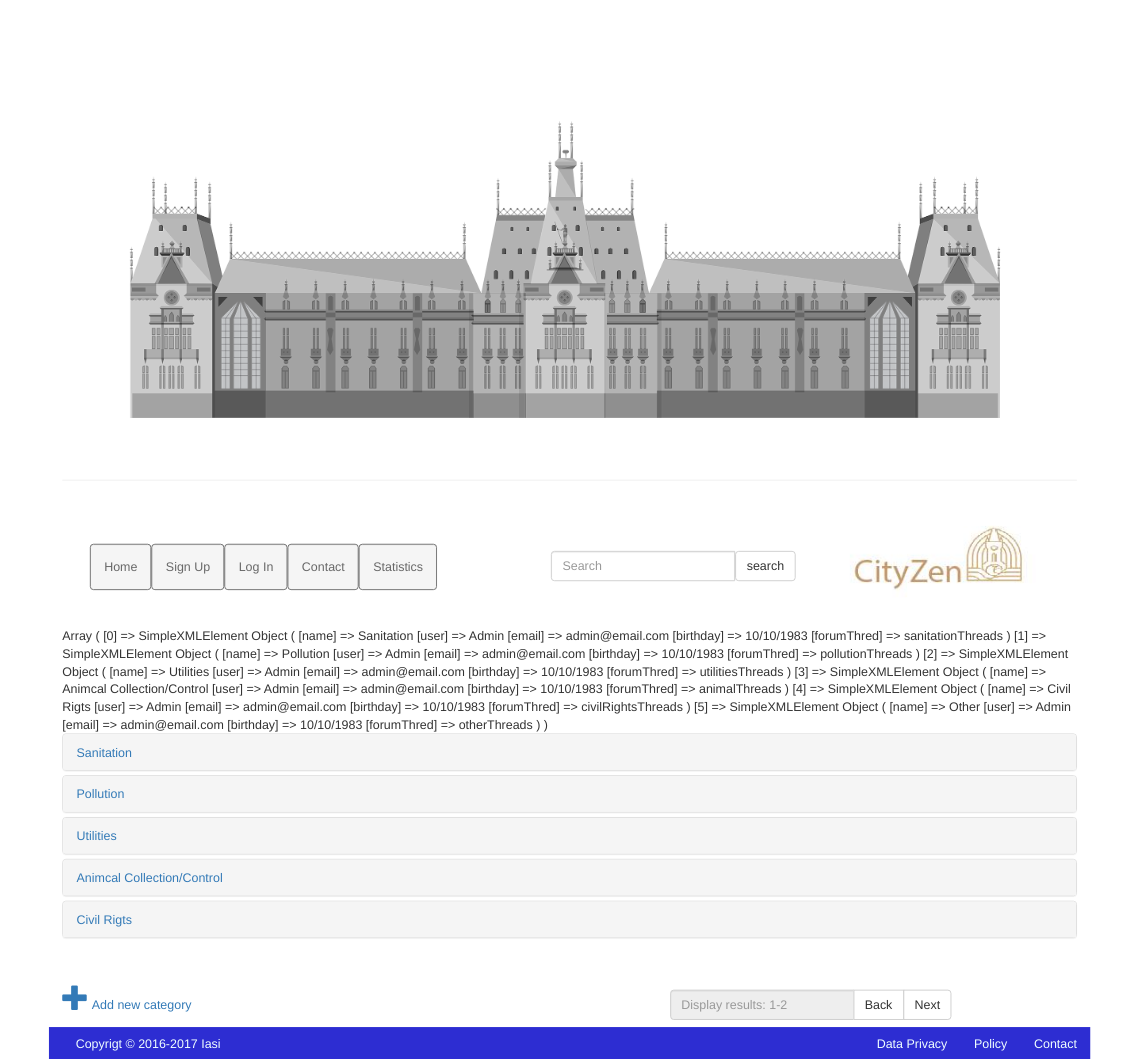
Repository: ciprianchistruga/project
Page: http://localhost/index.php?phpPage=home
The author's editor kept a record of every edit. The page is drawn from the files as they stood at one moment, then again after the next edit.
The browser window is 1280 px wide. The pictures show the whole page, at 89% of full size.
The page is run by PHP 8.4 with error messages shown; the project is at /var/www/html/.

Above is the page before.

After the next edit:
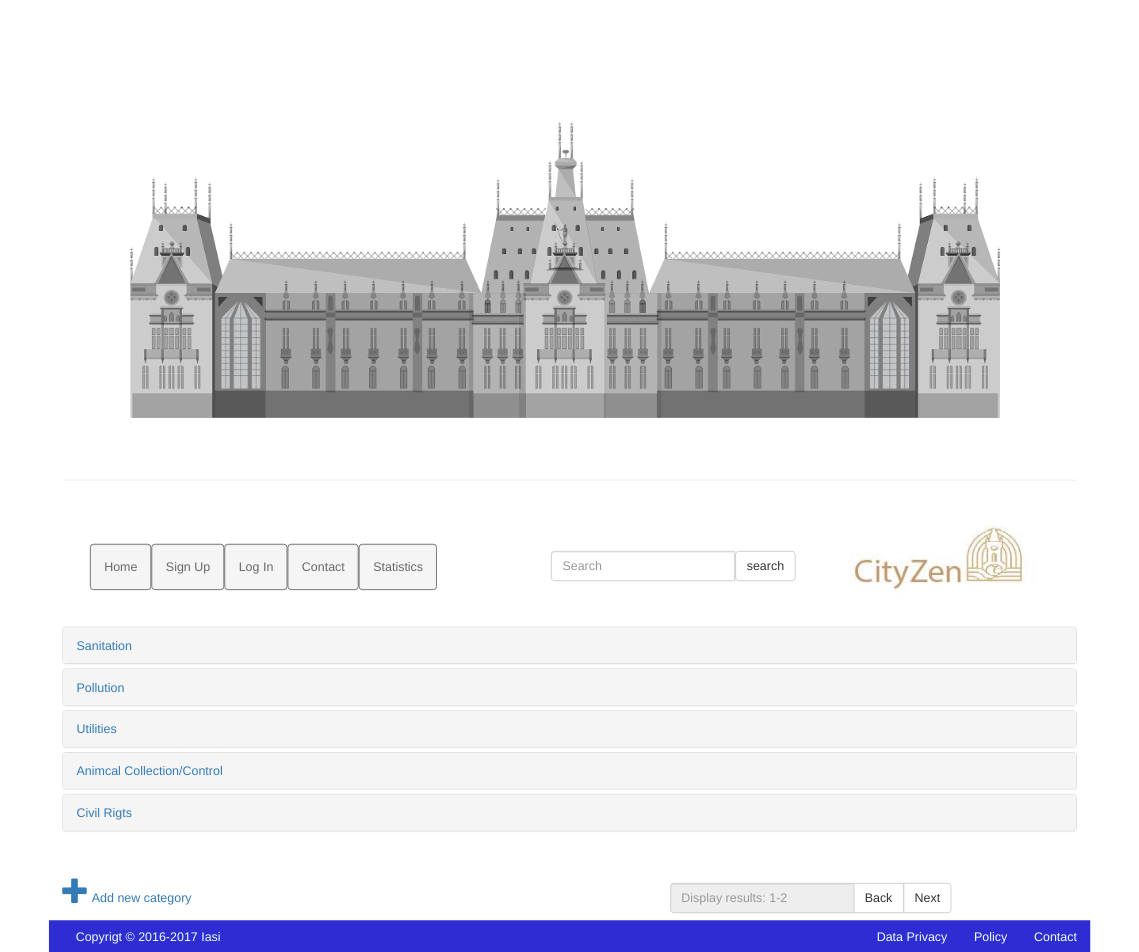
The edit:
--- a/workspace/php/Home.php
+++ b/workspace/php/Home.php
@@ -28,8 +28,8 @@
                 }
 
                 $limit=$_SESSION['start'] + 5;
-                print_r(array_values($array));
-                  //display the first categories from homeCategories.xml
+
+                  //display max 5 categories from homeCategories.xml
                   for ($x = $_SESSION['start']; $x < $limit; $x++) {
                     if(isset($array[$x])){
                     echo "<div class='panel panel-default'>
